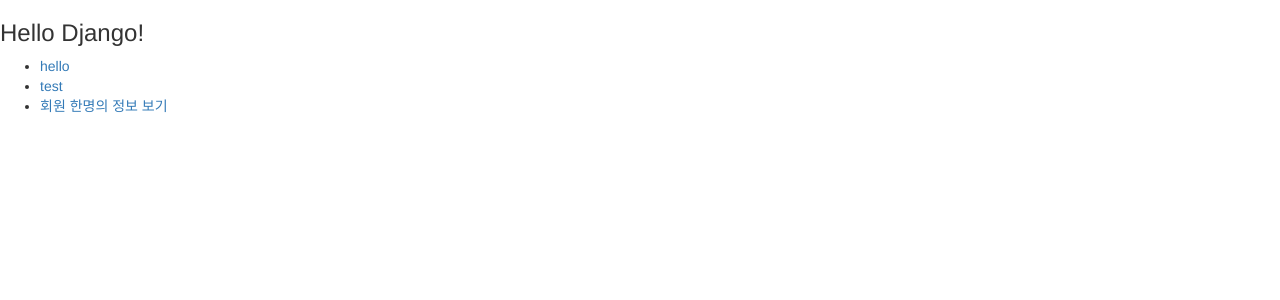
Repository: hyunhee7/python_work
Page: Django01/templates/index.html
An editor plug-in stored every save of this project. The page is shown before and after the next save, followed by the edit.
The browser window is 1280 px wide. The pictures show the whole page.

Above is the page before, as saved 2017-08-18 02:11:12.

### Django01/templates/index.html
<!DOCTYPE html>
<html>
<head>
<meta charset="UTF-8">
<title>templates/index.html</title>
<!-- static 폴더에 있는 css 로딩 시키기 -->
<link rel="stylesheet" href="/static/css/bootstrap.css" />
</head>
<body>
<h3>Hello Django!</h3>
<ul>
	<li><a href="hello">hello</a></li>
	<li><a href="test">test</a></li>
	<li><a href="show_member">회원 한명의 정보 보기</a></li>
</ul>
</body>
</html>

Loaded but not shown: Django01/static/css/bootstrap.css (library)

After the next save:
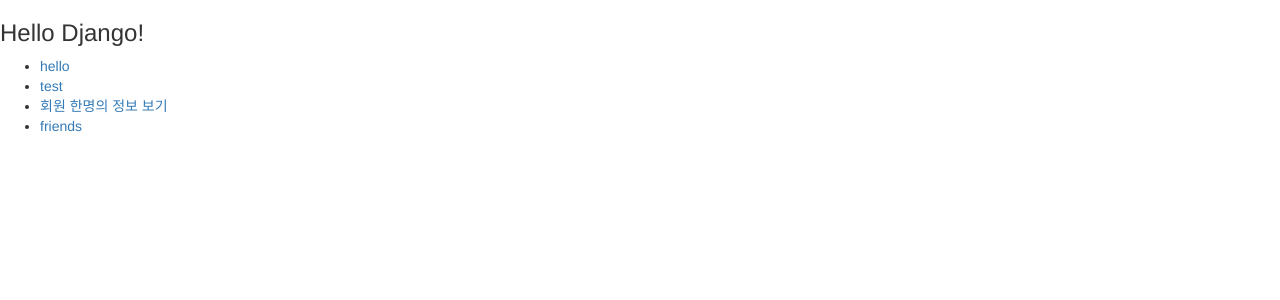
Saved 27 s later.
--- a/Django01/templates/index.html
+++ b/Django01/templates/index.html
@@ -12,6 +12,7 @@
 	<li><a href="hello">hello</a></li>
 	<li><a href="test">test</a></li>
 	<li><a href="show_member">회원 한명의 정보 보기</a></li>
+	<li><a href="friends">friends</a></li>
 </ul>
 </body>
 </html>
